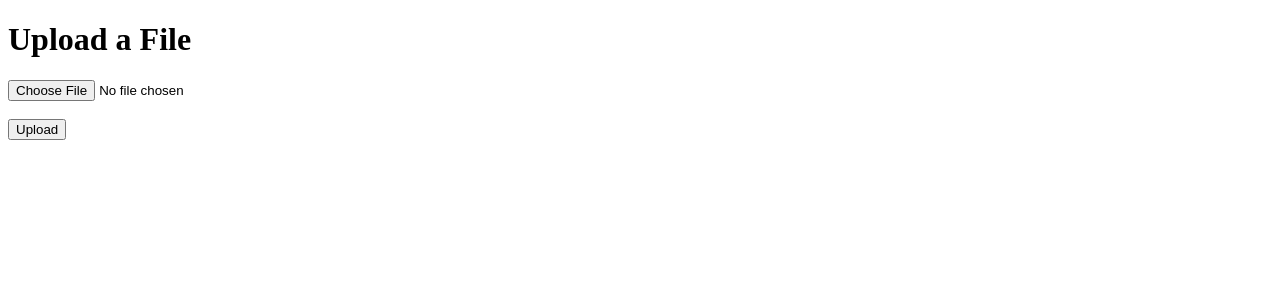
Repository: jtothemoon/MediaPipe
Page: demo/src/main/resources/static/upload.html
The author's editor kept a copy of each file at every save. The page is drawn from the files as they stood at one save, then again after the next save.
The browser window is 1280 px wide. The pictures show the whole page.

Above is the page before, as saved 2024-08-14 01:40:49.

### demo/src/main/resources/static/upload.html
<!DOCTYPE html>
<html lang="en">
<head>
    <meta charset="UTF-8">
    <meta name="viewport" content="width=device-width, initial-scale=1.0">
    <title>File Upload</title>
</head>
<body>
    <h1>Upload a File</h1>
    <form method="POST" action="/upload" enctype="multipart/form-data">
        <input type="file" name="file" accept="video/*">
        <br><br>
        <button type="submit">Upload</button>
    </form>
</body>
</html>

After the next save:
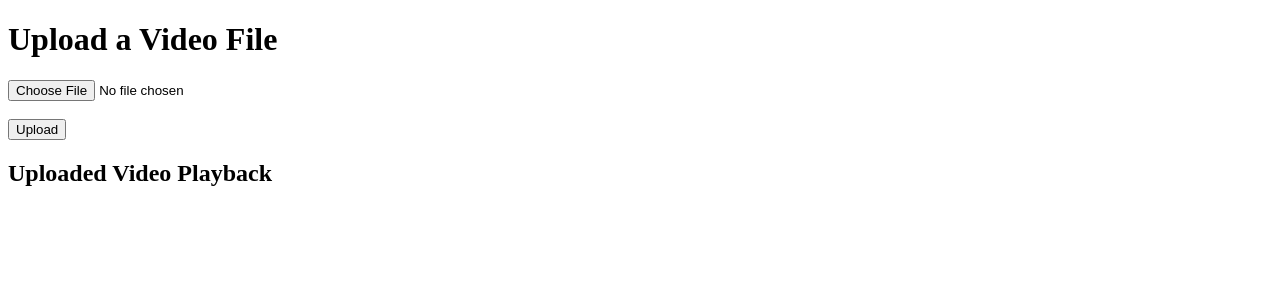
Saved 3 min 9 s later.
--- a/demo/src/main/resources/static/upload.html
+++ b/demo/src/main/resources/static/upload.html
@@ -3,14 +3,43 @@
 <head>
     <meta charset="UTF-8">
     <meta name="viewport" content="width=device-width, initial-scale=1.0">
-    <title>File Upload</title>
+    <title>File Upload and Playback</title>
 </head>
 <body>
-    <h1>Upload a File</h1>
-    <form method="POST" action="/upload" enctype="multipart/form-data">
+    <h1>Upload a Video File</h1>
+    <form id="uploadForm" enctype="multipart/form-data">
         <input type="file" name="file" accept="video/*">
         <br><br>
         <button type="submit">Upload</button>
     </form>
+
+    <h2>Uploaded Video Playback</h2>
+    <video id="videoPlayer" width="600" controls style="display:none;">
+        <source id="videoSource" src="" type="video/mp4">
+        Your browser does not support the video tag.
+    </video>
+
+    <script>
+        document.getElementById('uploadForm').onsubmit = async function(event) {
+            event.preventDefault();
+            const formData = new FormData(event.target);
+
+            const response = await fetch('/upload', {
+                method: 'POST',
+                body: formData
+            });
+
+            const result = await response.json();
+            if (result.url) {
+                const videoPlayer = document.getElementById('videoPlayer');
+                const videoSource = document.getElementById('videoSource');
+                videoSource.src = result.url;
+                videoPlayer.style.display = 'block';
+                videoPlayer.load();  // 동영상 소스를 다시 로드
+            } else {
+                alert('Failed to upload the video.');
+            }
+        }
+    </script>
 </body>
 </html>
